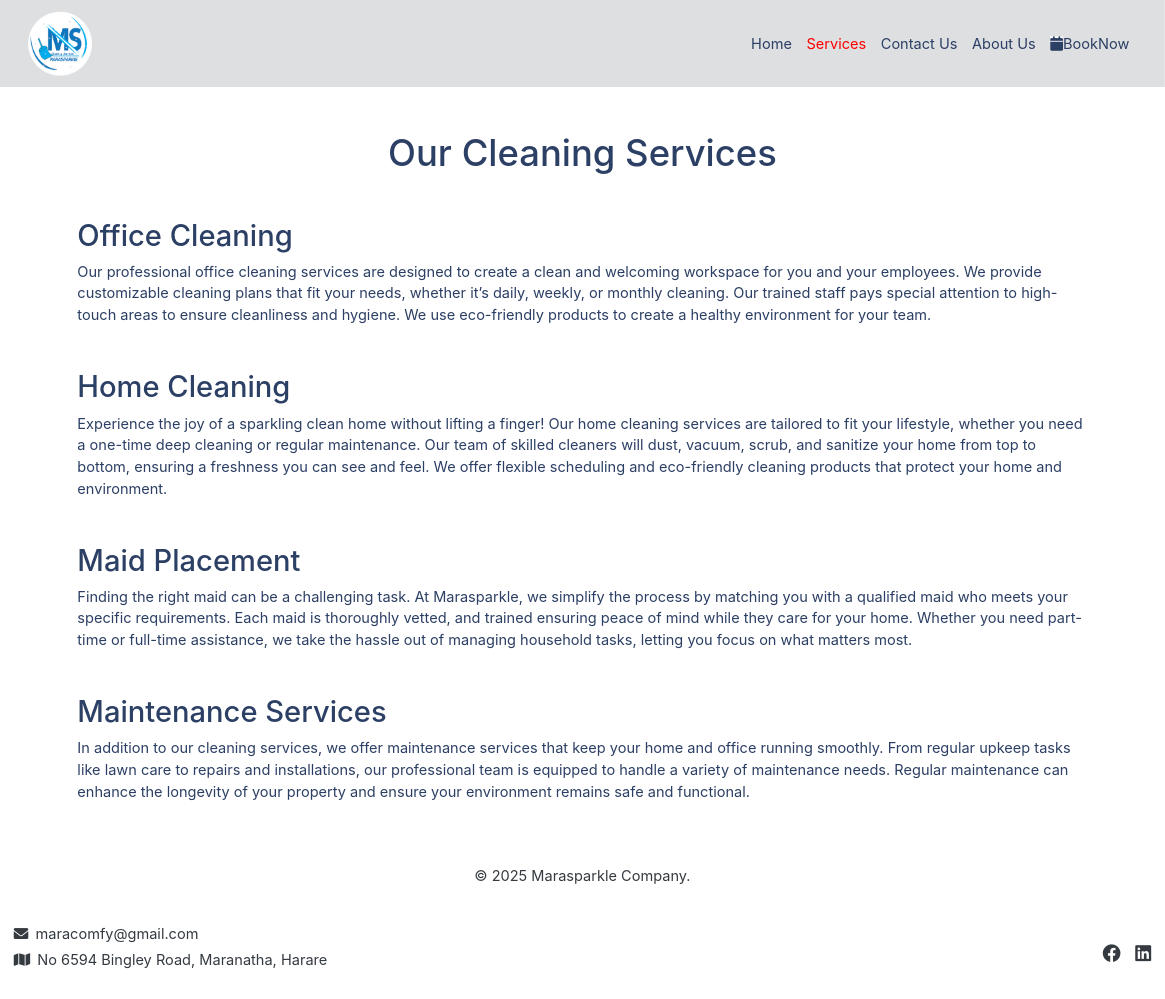
Repository: guineveretim/sparkle
Page: http://localhost/services/
The author's editor kept a copy of each file at every save. The page is drawn from the files as they stood at one save, then again after the next save.
The browser window is 1280 px wide. The pictures show the whole page, at 91% of full size.
The page is served by the project's application, run on Django 5.2 (manage.py).

Above is the page before, as saved 2025-04-16 10:54:20.

After the next save:
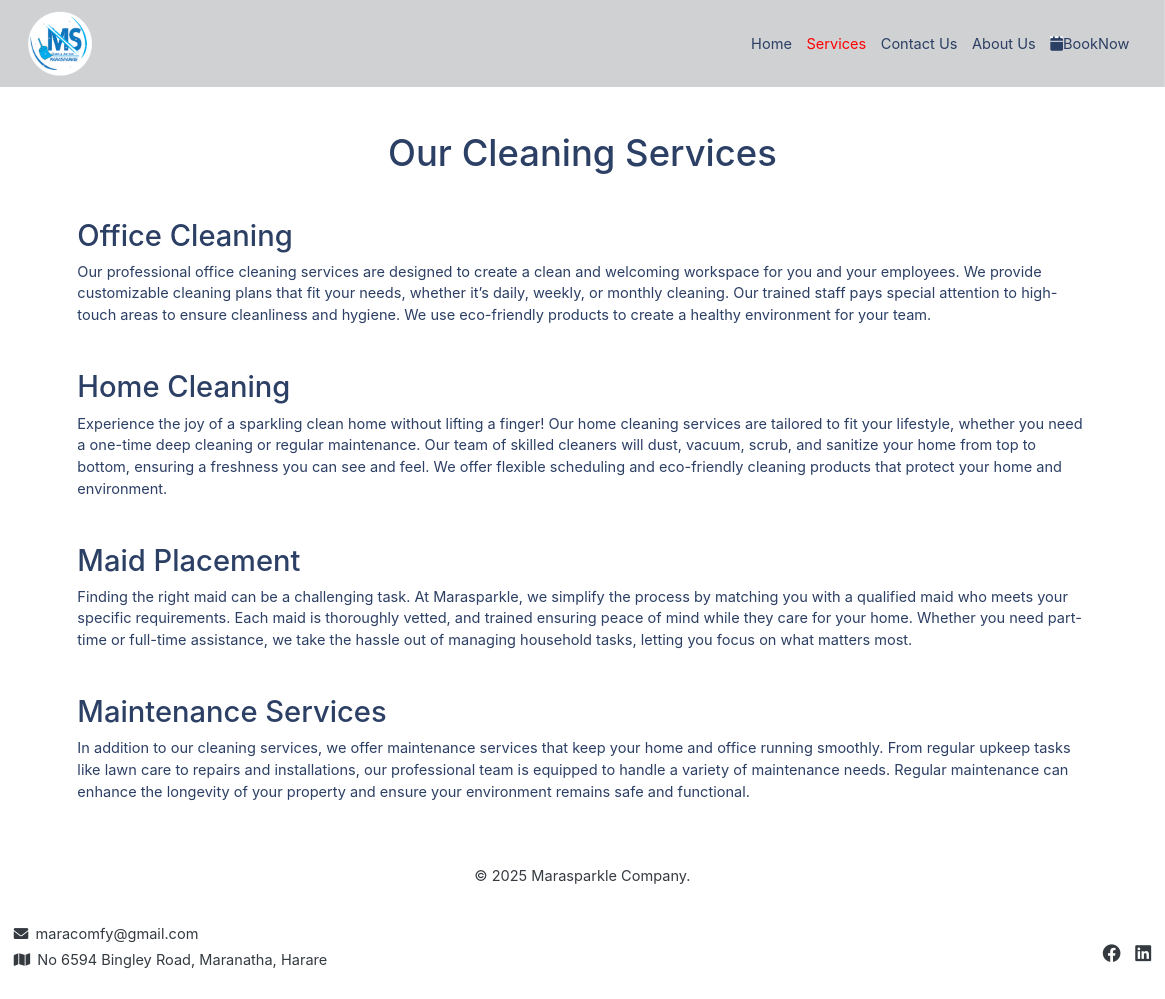
Saved 35 s later.
--- a/templates/application/services.html
+++ b/templates/application/services.html
@@ -21,7 +21,7 @@
 </head>
 <body>
 
-    <nav class="navbar navbar-expand-lg navbar-dark sticky-top" style="background-color:rgba(145, 149, 152, 0.3);">
+    <nav class="navbar navbar-expand-lg navbar-dark sticky-top" style="background-color:rgba(98, 103, 106, 0.3);">
         <div class="container-fluid">
             <a class="navbar-brand" href="{% url 'services_details' %}">
                 <img src="{% static 'icons/Maralog.png' %}" style="width:70px;" alt="Logo">
